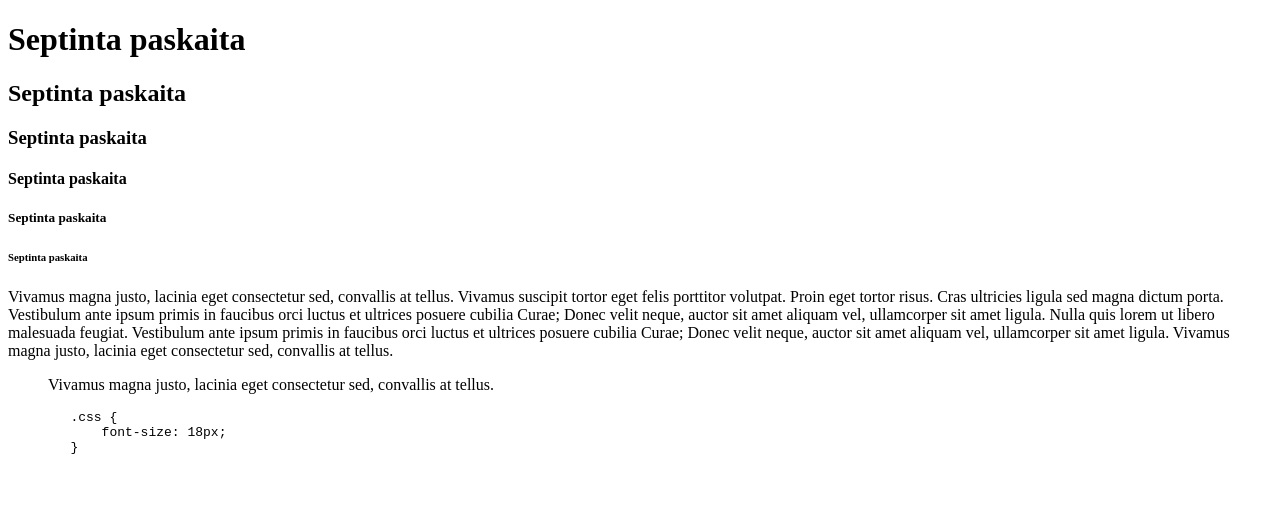
Repository: motiejus1/07-paskaita-05.31
Page: index.html
An editor plug-in stored every save of this project. The page is shown before and after a run of saves, followed by the edit.
The browser window is 1280 px wide. The pictures show the whole page.

Above is the page before, as saved 2021-06-10 18:34:16.

### index.html
<!DOCTYPE html>
<html lang="en">
<head>
    <meta charset="UTF-8">
    <meta http-equiv="X-UA-Compatible" content="IE=edge">
    <meta name="viewport" content="width=device-width, initial-scale=1.0">
    <title>Septinta paskaita</title>
</head>
<body>
    <h1>Septinta paskaita</h1>
    <h2>Septinta paskaita</h2>
    <h3>Septinta paskaita</h3>
    <h4>Septinta paskaita</h4>
    <h5>Septinta paskaita</h5>
    <h6>Septinta paskaita</h6>

    <p>Vivamus magna justo, lacinia eget consectetur sed, convallis at tellus. Vivamus suscipit tortor eget felis porttitor volutpat. Proin eget tortor risus. Cras ultricies ligula sed magna dictum porta. Vestibulum ante ipsum primis in faucibus orci luctus et ultrices posuere cubilia Curae; Donec velit neque, auctor sit amet aliquam vel, ullamcorper sit amet ligula. Nulla quis lorem ut libero malesuada feugiat. Vestibulum ante ipsum primis in faucibus orci luctus et ultrices posuere cubilia Curae; Donec velit neque, auctor sit amet aliquam vel, ullamcorper sit amet ligula. Vivamus magna justo, lacinia eget consectetur sed, convallis at tellus.</p>

    <blockquote>Vivamus magna justo, lacinia eget consectetur sed, convallis at tellus.</blockquote>

    <pre>
        .css {
            font-size: 18px;
        }
    </pre>
</body>
</html>

After the next 3 saves:
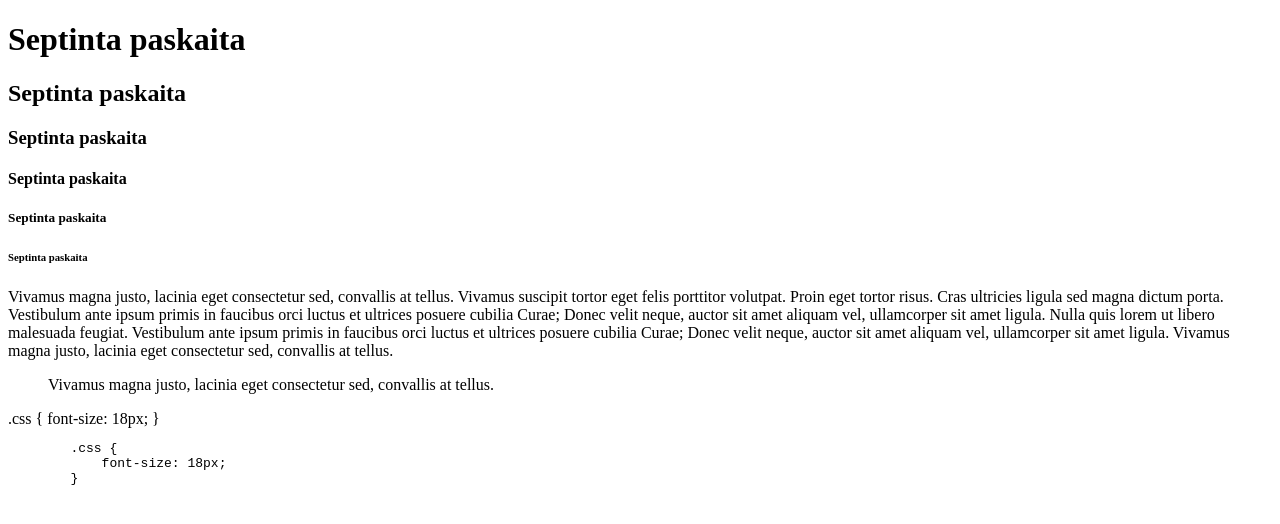
The 3 saves are shown as one change because they came seconds apart.
The last was saved 31 s later.
--- a/index.html
+++ b/index.html
@@ -18,6 +18,10 @@
 
     <blockquote>Vivamus magna justo, lacinia eget consectetur sed, convallis at tellus.</blockquote>
 
+    .css {
+        font-size: 18px;
+    }
+
     <pre>
         .css {
             font-size: 18px;

After the save that followed:
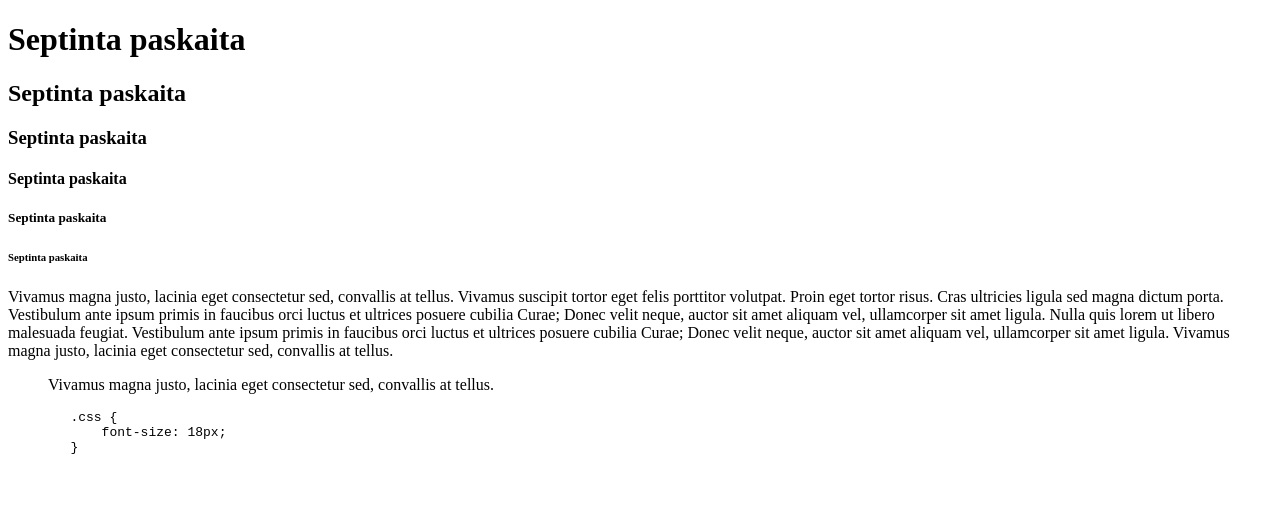
Saved 2 min 11 s later.
--- a/index.html
+++ b/index.html
@@ -18,9 +18,6 @@
 
     <blockquote>Vivamus magna justo, lacinia eget consectetur sed, convallis at tellus.</blockquote>
 
-    .css {
-        font-size: 18px;
-    }
 
     <pre>
         .css {
